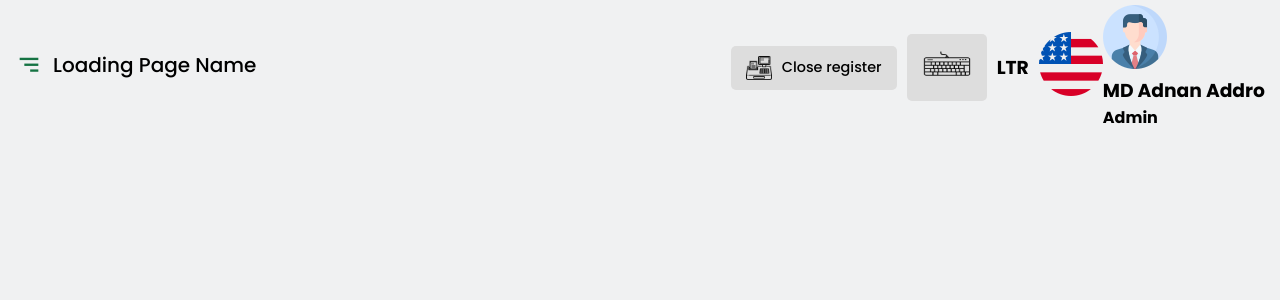
Repository: codebyaddro/pos-navbar
Page: index.html
The author's editor kept a copy of each file at every save. The page is drawn from the files as they stood at one save, then again after a run of saves.
The browser window is 1280 px wide. The pictures show the whole page.

Above is the page before, as saved 2025-02-13 16:05:20.

### index.html
<!DOCTYPE html>
<html lang="en">
<head>
    <meta charset="UTF-8">
    <meta name="viewport" content="width=device-width, initial-scale=1.0">
    <!-- CSS -->
    <link rel="stylesheet" href="/css/style.css">
    <!-- Icons -->
    <link href='https://unpkg.com/boxicons@2.1.4/css/boxicons.min.css' rel='stylesheet'>
    <title>Navbar - Block</title>
</head>
<body style="background-color: #f0f1f2;">
    <nav class="cba-nav-container">
        <div class="cba-nav-side-menu-toggle-icon-loading-pagename">
            <div class="cba-nav-side-menu-toggle-icon">
                <!-- toggle first icon -->
                <i class='t-icon-open bx bx-menu-alt-right' id="iconDisplay" onclick="toggleIcon()"></i>
                <!-- toggle second icon -->
                <!-- <i class='t-icon-close bx bx-menu-alt-left' id="iconDisplay" onclick="toggleIcon()"></i> -->
                <!--todo: one of the toggle icon should be commented-->
            </div>
            <div class="cba-nav-loading-pagename">
                <h3>Loading Page Name</h3>
            </div>
        </div>
        <div class="cba-nav-features-user-logo-name">
            <div class="cba-nav-features">
                <div class="cba-nav-close-counter">
                    <img src="/img/cash-register.png" alt="cash-register-img">
                    <h3>Close register</h3>
                </div>
                <div class="cba-nav-keyboard-shortcut"><!--! hgh-->
                    <img src="/img/computer-keyboard.png" alt="keyboard-img">
                </div>
                <div class="cba-nav-ltr-rtl-switch">
                    <h3><span id="text">LTR</span></h3>
                </div>
                <div class="cba-nav-lang-switch" onclick="toggleImage()">
                    <img src="/img/united-states.png" title="English" alt="united-state-flag" id="image">
                </div>
            </div>
            <div class="cba-nav-user-logo-name">
                <div class="cba-nav-user-logo">
                    <img src="/img/User.png" alt="user-img">
                </div>
                <div class="cba-nav-user-name">
                    <div class="cba-nav-user-name">
                        <h3>MD Adnan Addro</h3>
                    </div>
                    <div class="cba-nav-user-role">
                        <h4>Admin</h4>
                    </div>
                </div>
            </div>
        </div>
    </nav>
    <!-- Javascript -->
    <script src="/script/main.js"></script>
</body>
</html>

### css/style.css
/* -- fonts -- */
@import url('https://fonts.googleapis.com/css2?family=Poppins:ital,wght@0,100;0,200;0,300;0,400;0,500;0,600;0,700;0,800;0,900;1,100;1,200;1,300;1,400;1,500;1,600;1,700;1,800;1,900&family=Raleway:ital,wght@0,100..900;1,100..900&family=Roboto:ital,wght@0,100;0,300;0,400;0,500;0,700;0,900;1,100;1,300;1,400;1,500;1,700;1,900&family=VT323&display=swap');

/* -- root -- */

:root {
    --gray-white: #F0F1F2; /* For body*/
    --white: #FFFFFF;
    --black: #000000;
    --gray-black: #DDDDDD;
    --light-black: #212523;
    --light-black-op: #21252350;
    --main-green: #157343;
    --main-light: #37A000;
    --light-orange: #FD7E14;
    --green: #008000;
    --light-green: #e9f6ec;
    --red: #FF0000;
    --light-red: #fbeaec;
}

/* -- universal style -- */

* {
    margin: 0;
    padding: 0;
    box-sizing: border-box;
    font-family: "Poppins", serif;
}

/* -- web app cursor element selection style -- */

::selection {
    color: var(--white);
    background-color: var(--main-light);
}

/* -- nav container style -- */

.cba-nav-container {
    display: flex;
    justify-content: space-between;
    align-items: center;
    padding: 5px 15px;
}

/* -- nav side menu toggle icon and loading pagename style -- */

.cba-nav-side-menu-toggle-icon-loading-pagename {
    display: flex;
    gap: 10px;
    align-items: center;
}

/* -- nav side menu toggle icon style -- */

.t-icon-open {
    color: var(--main-green);
    font-size: 1.75rem;
    cursor: pointer;
}

.t-icon-close {
    color: var(--main-green);
    font-size: 1.75rem;
    cursor: pointer;
}

/* -- nav loading pagename style -- */

.cba-nav-loading-pagename h3 {
    color: var(--black);
    font-size: 1.25rem;
    font-weight: 500;
    margin-top: -5px;
}

/* -- nav features and user logo name style -- */

.cba-nav-features-user-logo-name {
    display: flex;
    /* gap: 10px; */
    align-items: center;
}

/* -- nav features style -- */

.cba-nav-features {
    display: flex;
    gap: 10px;
    align-items: center;
}

/* -- nav close counter style -- */

.cba-nav-close-counter {
    display: flex;
    gap: 10px;
    align-items: center;
    background-color: var(--gray-black);
    padding: 10px 15px;
    border-radius: 5px;
    cursor: pointer;
}

.cba-nav-close-counter img {
    height: 24px;
    width: 26px;
    cursor: pointer;
}

.cba-nav-close-counter h3 {
    color: var(--black);
    font-size: 0.9rem;
    font-weight: 500;
}

/* -- nav keyboard shortcut style -- */

.cba-nav-keyboard-shortcut {
    background-color: var(--gray-black);
    padding: 10px 15px;
    border-radius: 5px;
    cursor: pointer;
}

.cba-nav-keyboard-shortcut img {
    height: 40px;
    width: 50px;
}

### script/main.js
// JS function for Side Navigation Bar Toggle

function toggleIcon() {
    let icon = document.getElementById("iconDisplay");

    if (icon.classList.contains("bx-menu-alt-right")) {
        icon.classList.remove("bx-menu-alt-right");
        icon.classList.add("bx-menu-alt-left"); // Change to user alt left icon
    } else {
        icon.classList.remove("bx-menu-alt-left");
        icon.classList.add("bx-menu-alt-right"); // Change back to alt right icon
    }
}

// End of Side Navigation Bar Toggle

After the next 2 saves:
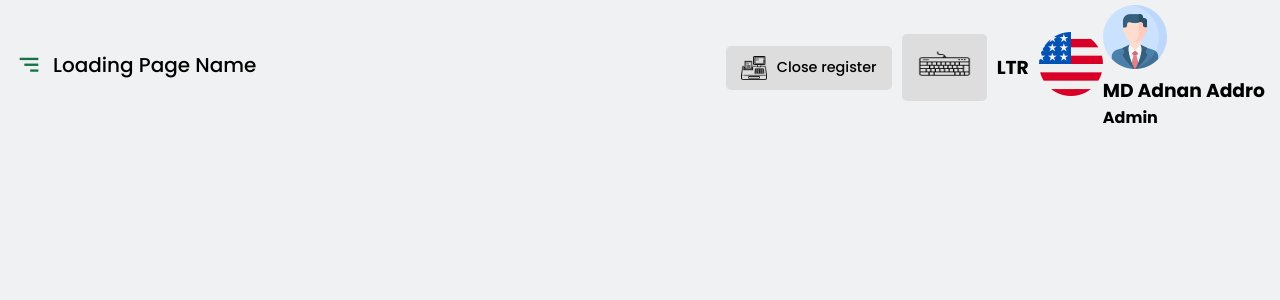
The 2 saves are shown as one change because they came seconds apart.
The last was saved 6 s later.
--- a/css/style.css
+++ b/css/style.css
@@ -126,5 +126,5 @@
 
 .cba-nav-keyboard-shortcut img {
     height: 40px;
-    width: 50px;
+    width: 55px;
 }
